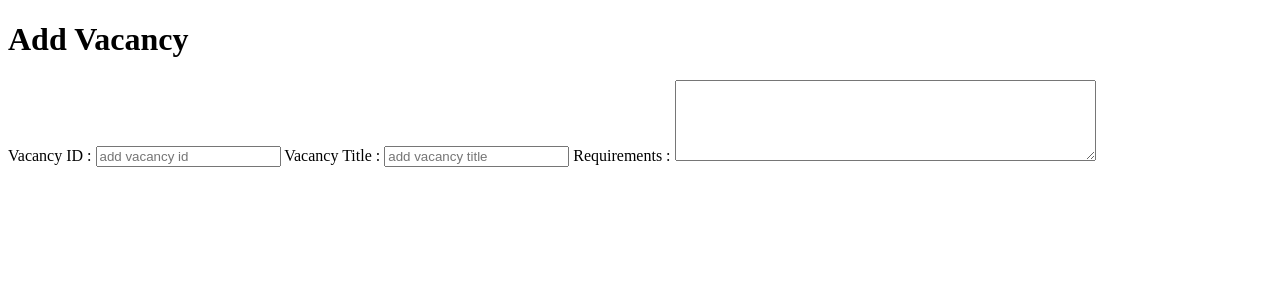
Repository: IT21221064/JobPortal
Page: http://localhost/signup/addVacancy.jsp
These files come from the project's save history. The page is drawn as it stood at one moment and after the next save; the edit follows.
The browser window is 1280 px wide. The pictures show the whole page.
The page is served by Tomcat 9.

Above is the page before, as saved 2023-07-14 17:08:11.

After the next save:
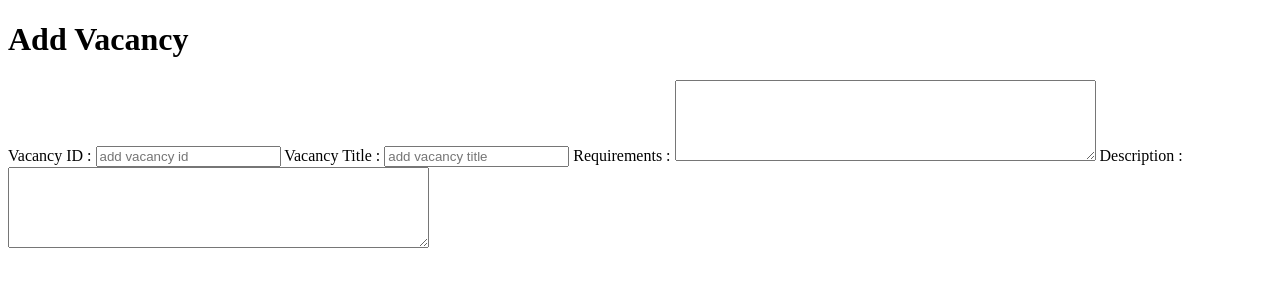
Saved 55 s later.
--- a/jobPortal/signup/src/main/webapp/addVacancy.jsp
+++ b/jobPortal/signup/src/main/webapp/addVacancy.jsp
@@ -14,6 +14,8 @@
 <input type="text" name="vtitle" id="vtitle" placeholder="add vacancy title">
 <label for ="jobreqs">Requirements : </label>
 <textarea id="jobreqs" name="jobreqs" rows="5" cols="50"></textarea>
+<label for ="jobdesc">Description : </label>
+<textarea id="jobdesc" name="jobdesc" rows="5" cols="50"></textarea>
 
 
 </body>
